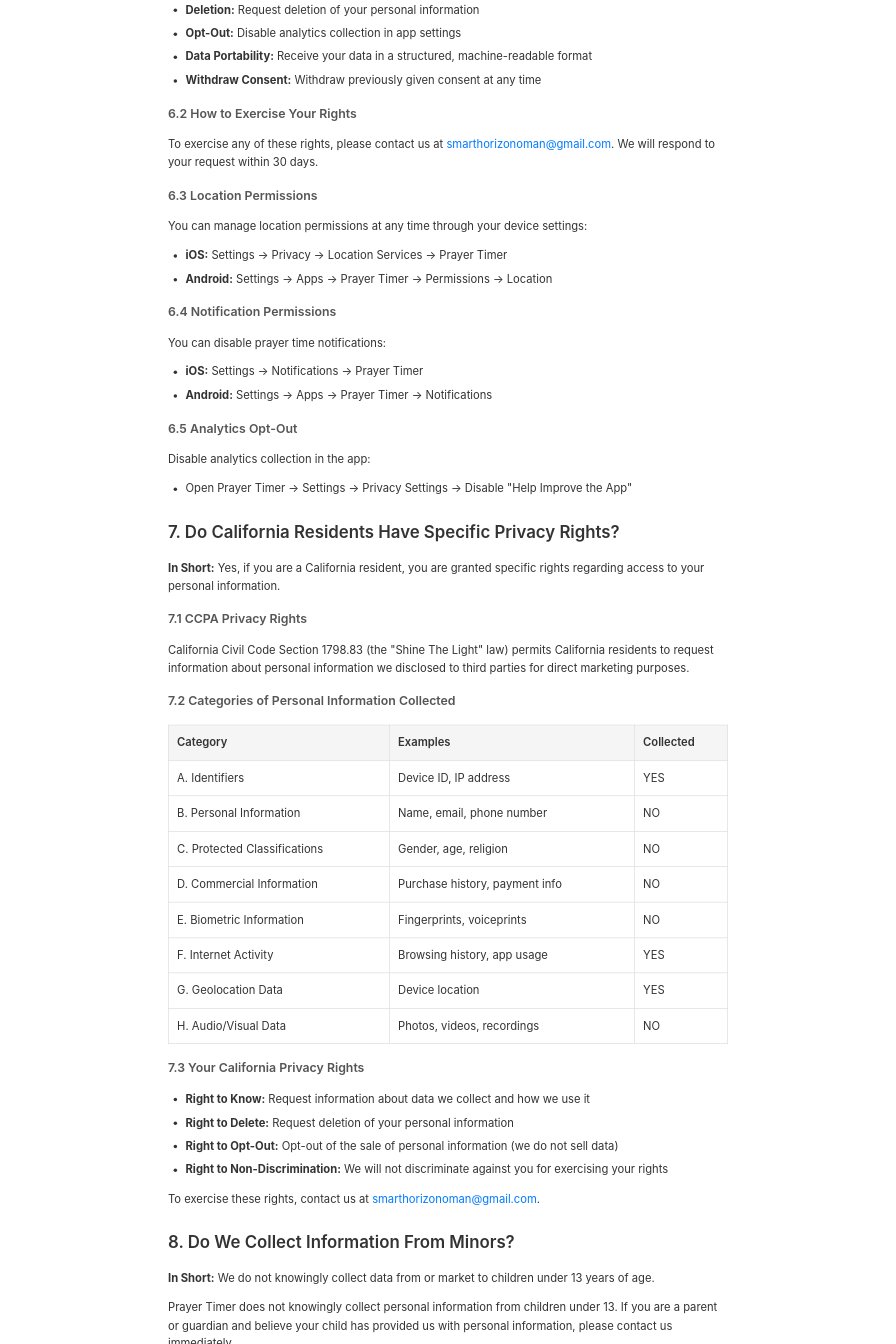
Repository: smarthorizons/smarthorizon_web
Page: legal/prayer-timer/versions/privacy/2025-02-12.html
An editor plug-in stored every save of this project. The page is shown before and after the next save, followed by the edit.
The browser window is 1280 px wide. The pictures show the part of the page from y = 4305 to 6225 px (the page is 7887 px tall), at 70% of full size.
Some web fonts or font styles are not loaded; a fallback is used.

Above is the page before, as saved 2026-02-13 11:43:59.

After the next save:
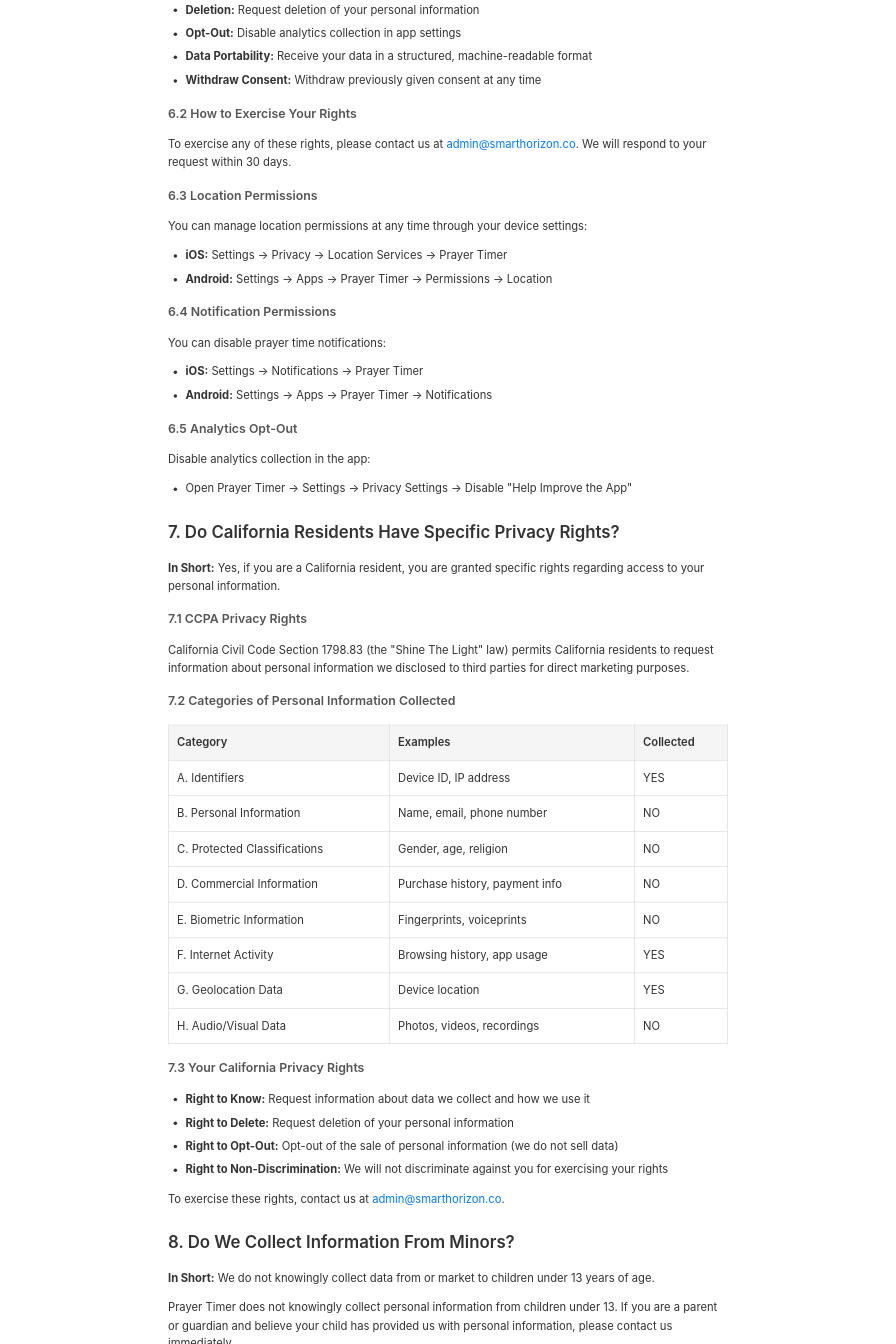
Saved 42 s later.
--- a/legal/prayer-timer/versions/privacy/2025-02-12.html
+++ b/legal/prayer-timer/versions/privacy/2025-02-12.html
@@ -398,7 +398,7 @@
         </ul>
 
         <h3>6.2 How to Exercise Your Rights</h3>
-        <p>To exercise any of these rights, please contact us at <a href="mailto:smarthorizonoman@gmail.com">smarthorizonoman@gmail.com</a>. We will respond to your request within 30 days.</p>
+        <p>To exercise any of these rights, please contact us at <a href="mailto:admin@smarthorizon.co">admin@smarthorizon.co</a>. We will respond to your request within 30 days.</p>
 
         <h3>6.3 Location Permissions</h3>
         <p>You can manage location permissions at any time through your device settings:</p>
@@ -489,7 +489,7 @@
             <li><strong>Right to Non-Discrimination:</strong> We will not discriminate against you for exercising your rights</li>
         </ul>
 
-        <p>To exercise these rights, contact us at <a href="mailto:smarthorizonoman@gmail.com">smarthorizonoman@gmail.com</a>.</p>
+        <p>To exercise these rights, contact us at <a href="mailto:admin@smarthorizon.co">admin@smarthorizon.co</a>.</p>
     </div>
 
     <div class="section">
@@ -531,7 +531,7 @@
         <p>If you have questions or comments about this privacy policy, you may contact us by:</p>
 
         <ul>
-            <li><strong>Email:</strong> <a href="mailto:smarthorizonoman@gmail.com">smarthorizonoman@gmail.com</a></li>
+            <li><strong>Email:</strong> <a href="mailto:admin@smarthorizon.co">admin@smarthorizon.co</a></li>
             <li><strong>Company:</strong> Smart Horizon</li>
             <li><strong>Location:</strong> Muscat, Oman</li>
         </ul>
